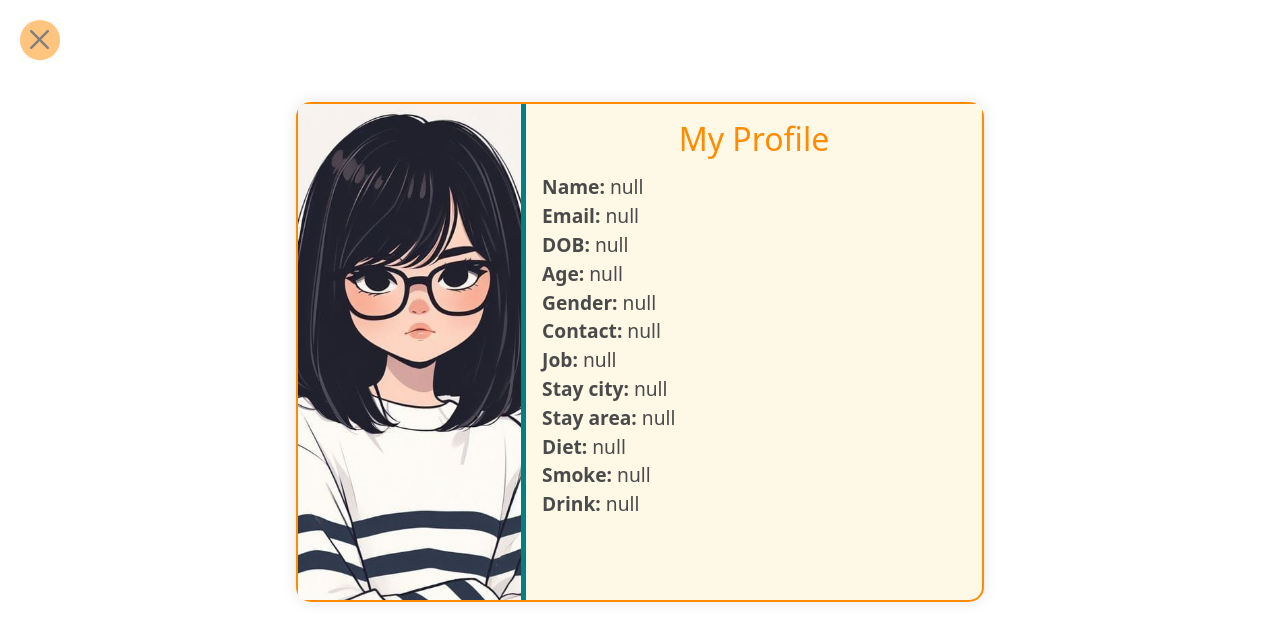
Repository: Sanjana-Inapakolla/Find-your-Roomie-website
Page: http://localhost/MiniProject/Profile.jsp
These files come from the project's save history. The page is drawn as it stood at one moment and after the next save; the edit follows.
The browser window is 1280 px wide. The pictures show the whole page.
The page is served by Tomcat 10. Other server files are loaded and not shown. The template is opened directly, without the code that normally fills it, so the values that code supplies are empty.

Above is the page before, as saved 2024-11-13 11:12:41.

### mini-project(jfst)/MiniProject/src/main/webapp/Profile.jsp
<%@ page language="java" contentType="text/html; charset=ISO-8859-1"
	pageEncoding="ISO-8859-1"%>
<!DOCTYPE html>
<html>
<head>
<meta charset="ISO-8859-1">
<title>My Profile</title>
<link
	href="https://cdn.jsdelivr.net/npm/bootstrap@5.3.3/dist/css/bootstrap.min.css"
	rel="stylesheet"
	integrity="sha384-QWTKZyjpPEjISv5WaRU9OFeRpok6YctnYmDr5pNlyT2bRjXh0JMhjY6hW+ALEwIH"
	crossorigin="anonymous">
<style>
body {
	background-color: #ffffff; /* Secondary: White background */
	color: #4a4a4a; /* Secondary: Gray for text */
}

.custom-card {
	max-width: 800px;
	height: 500px;
	background-color: #fef9e7; /* Light gray for card background */
	border: 2px solid #ff8c00; /* Orange border for the card */
	border-radius: 15px;
	box-shadow: 0 0 15px rgba(0, 0, 0, 0.1); /* Light shadow */
}

.card-body {
	font-size: 1.2rem;
	background-color: #fef9e7;
	/* Light yellow for a soft, vibrant background */
}

.card-img {
	width: 100%;
	height: 100%;
	object-fit: cover;
	border-radius: 15px 0 0 15px;
	border-right: 5px solid #008080; /* Teal border separating image */
}

.card-title {
	text-align: center;
	font-size: 2rem;
	color: #ff8c00; /* Vibrant orange for title */
	margin-bottom: 15px;
}

.card-text {
	color: #4a4a4a; /* Secondary Gray text */
	margin-bottom: 10px;
}

.col-md-4 {
	height: 100%;
}

.row.g-0 {
	height: 100%;
}

.btn-close {
	position: absolute;
	top: 20px;
	left: 20px;
	width: 30px;
	height: 30px;
	background-color: #ff8c00; /* Orange for the close button */
	color: #ffffff; /* White icon */
	font-size: 1.2rem;
	border: none;
	border-radius: 50%;
}

.btn-close:hover {
	background-color: #ffcc00; /* Hover effect with yellow */
}
</style>
</head>
<body class="d-flex justify-content-center align-items-center"
	style="height: 100vh;">
	<%-- <%@ include file="Navbar.jsp" %>--%>
	<button type="button" class="btn-close" aria-label="Close"
		onclick="window.location.href='home.html';"></button>

	<% String gender = (String) request.getAttribute("gender"); %>

	<div class="card custom-card mb-3">
		<div class="row g-0">
			<div class="col-md-4 d-flex">
				<%-- Conditional image rendering based on gender --%>
				<img
					src="<%= gender != null && gender.equals("male") ? request.getContextPath() + "/images/user_profile_boy.jpg" : request.getContextPath() + "/images/user_profile.jpg" %>"
					class="img-fluid rounded-start card-img" alt="User Profile Image">
			</div>
			<div class="col-md-8">
				<div class="card-body">
					<h5 class="card-title">My Profile</h5>
					<p class="card-text">
						<B>Name: </B><%= request.getAttribute("name") %><br> <B>Email:
						</B><%= request.getAttribute("email")%><br> <B>DOB: </B><%= request.getAttribute("dob") %><br>
						<B>Age: </B><%= request.getAttribute("age") %><br> <B>Gender:
						</B><%= request.getAttribute("gender") %><br> <B>Contact: </B><%= request.getAttribute("phone") %><br>
						<B>Job: </B><%= request.getAttribute("occupation") %><br> <B>Stay
							city: </B><%= request.getAttribute("city") %><br> <B>Stay
							area: </B><%= request.getAttribute("area") %><br> <B>Diet: </B><%= request.getAttribute("diet") %><br>
						<B>Smoke: </B><%= request.getAttribute("smoke") %><br> <B>Drink:
						</B><%= request.getAttribute("drink") %></p>
				</div>
			</div>
		</div>
	</div>
	<script
		src="https://cdn.jsdelivr.net/npm/bootstrap@5.3.3/dist/js/bootstrap.bundle.min.js"
		integrity="sha384-YvpcrYf0tY3lHB60NNkmXc5s9fDVZLESaAA55NDzOxhy9GkcIdslK1eN7N6jIeHz"
		crossorigin="anonymous"></script>
</body>
</html>

After the next save:
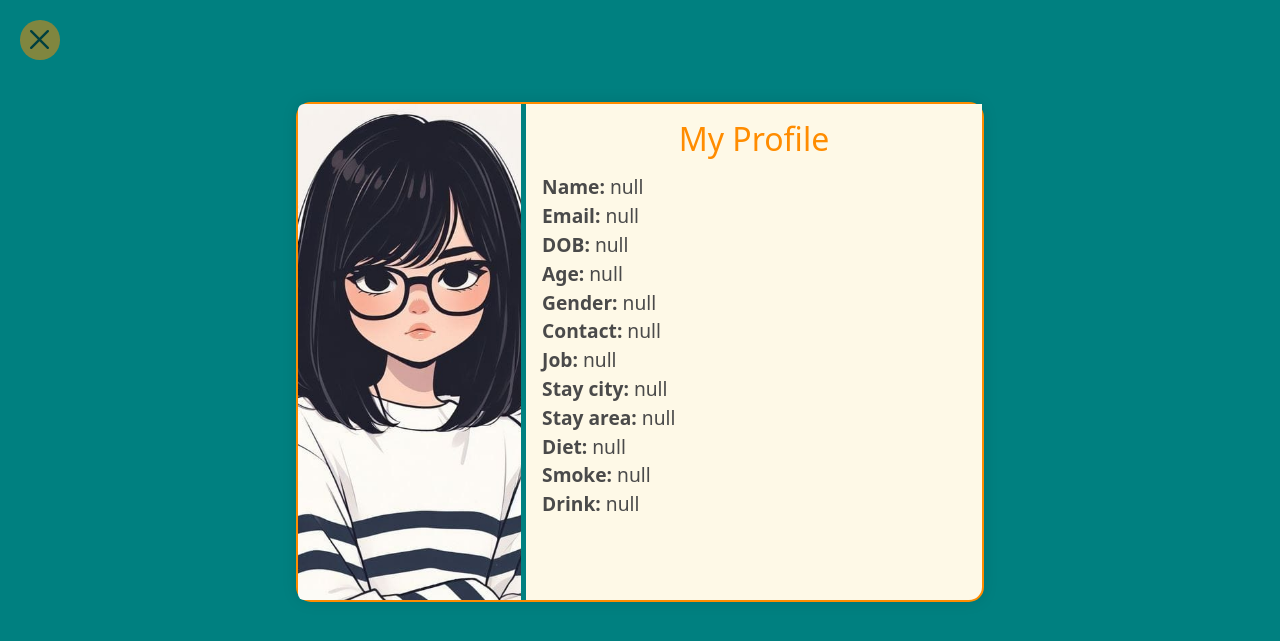
Saved 23 s later.
--- a/mini-project(jfst)/MiniProject/src/main/webapp/Profile.jsp
+++ b/mini-project(jfst)/MiniProject/src/main/webapp/Profile.jsp
@@ -12,7 +12,7 @@
 	crossorigin="anonymous">
 <style>
 body {
-	background-color: #ffffff; /* Secondary: White background */
+	background-color: #008080; /* Secondary: White background */
 	color: #4a4a4a; /* Secondary: Gray for text */
 }
 
